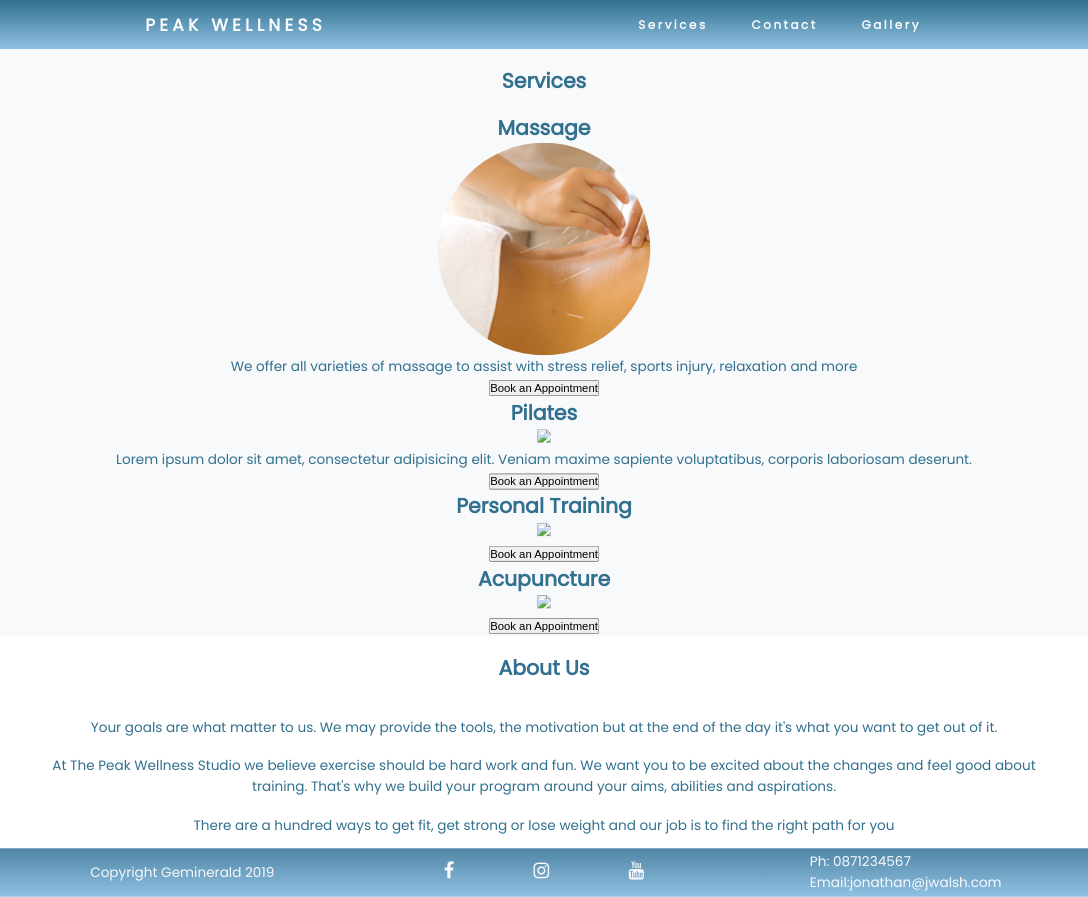
Repository: geminerald/peakwellness
Page: services.html
The author's editor kept a record of every edit. The page is drawn from the files as they stood at one moment, then again after the next edit.
The browser window is 1280 px wide. The pictures show the whole page, at 85% of full size.

Above is the page before.

### services.html
<!DOCTYPE html>
<html lang="en">

<head>
    <meta charset="UTF-8">
    <meta name="viewport" content="width=device-width, initial-scale=1.0, maximum-scale=1.0, user-scalable=0">
    <meta http-equiv="X-UA-Compatible" content="ie=edge">
    <link rel="stylesheet" href="assets/style.css" type="text/css" />
    <link href="https://fonts.googleapis.com/css?family=Poppins&display=swap" rel="stylesheet">
    <title>Peak Wellness</title>
    <link rel="icon" href="./images/peak-icon.png">
    <link rel="stylesheet" href="https://stackpath.bootstrapcdn.com/font-awesome/4.7.0/css/font-awesome.min.css" type="text/css" />

</head>

<body>
    <nav>
        <div class="logo">
            <h4><a href="index.html">Peak Wellness</h4></a>
        </div>
        <ul class="nav-links">
            <li>
                <a href="services.html">Services</a>
            </li>
            <li>
                <a href="contact.html">Contact</a>
            </li>
            <li>
                <a href="gallery.html">Gallery</a>
            </li>

        </ul>
        <div class="burger">
            <div class="line1"></div>
            <div class="line2"></div>
            <div class="line3"></div>
        </div>
    </nav>
    <section>
        <div class="service-container">
            <div class="services">
                <h1>Services</h1>
                <div class="service">
                    <figure class="front">
                        <h2>Massage</h2>
                        <div class="image-cropper"><img src="./images/acupuncture.jpg"></div>
                    </figure>
                    <figure class="back">
                        <p>We offer all varieties of massage to assist with stress relief, sports injury, relaxation and more</p>
                        <button href="contact.html">Book an Appointment</button>
                    </figure>
                </div>
                <div class="service">
                    <figure class="front">
                        <h2>Pilates</h2><img src="#"></figure>
                    <figure class="back">
                        <p>Lorem ipsum dolor sit amet, consectetur adipisicing elit. Veniam maxime sapiente voluptatibus, corporis laboriosam deserunt.</p> <button href="contact.html">Book an Appointment</button></figure>
                </div>
                <div class="service">
                    <figure class="front">
                        <h2>Personal Training</h2><img src="#"></figure>
                    <figure class="back">
                        <p></p> <button href="contact.html">Book an Appointment</button></figure>
                </div>
                <div class="service">
                    <figure class="front">
                        <h2>Acupuncture</h2><img src="#"></figure>
                    <figure class="back">
                        <p></p> <button href="contact.html">Book an Appointment</button></figure>
                </div>
            </div>
            <div class="about">
                <h1>About Us</h1>
                <p>
                    Your goals are what matter to us. We may provide the tools, the motivation but at the end of the day it's what you want to get out of it.
                </p>
                <p>
                    At The Peak Wellness Studio we believe exercise should be hard work and fun. We want you to be excited about the changes and feel good about training. That's why we build your program around your aims, abilities and aspirations.
                </p>
                <p>
                    There are a hundred ways to get fit, get strong or lose weight and our job is to find the right path for you
                </p>
            </div>

        </div>
    </section>
    <footer>
        <div class="f-item">
            <a class="show-mobile" target="_blank" href="https://github.com/geminerald"><i class="fa fa-copyright"></i> </a>
            <p class="hidden-mobile">Copyright <a target="_blank" href="https://github.com/geminerald"> Geminerald </a> 2019</p>
        </div>
        <div class="f-item">
            <ul class="social-links">
                <li><a target="_blank" href="https://www.facebook.com/PeakWellnessstudio/"><i class="fa fa-facebook"></i></a></li>
                <li><a target="_blank" href="https://www.instagram.com/thepeakwellnessstudio/"><i class="fa fa-instagram"></i></a></li>
                <li><a target="_blank" href="https://www.youtube.com/channel/UC_d9R5XdeesvneUyRDroG0w?"><i class="fa fa-youtube"></i></a></li>
            </ul>
        </div>
        <div class="f-item">
            <a class="show-mobile" href="contact.html"><i class="fa fa-phone"></i></a>
            <p class="hidden-mobile">Ph: 0871234567<br>Email:jonathan@jwalsh.com</p>
        </div>
    </footer>
    <script src="./assets/nav.js"></script>
</body>

</html>

### assets/style.css
* {
    margin: 0;
    padding: 0;
    box-sizing: border-box;
}

body {
    font-family: 'Poppins', sans-serif;
    color: #f7f9fb;
}

a {
    text-decoration: none;
    color: #f7f9fb;
}

/*----------------------------------------------------------------Colours

Grey/Green: #687864
Dark Blue: #31708e
Medium Blue: #5085a5
Light Blue: #8fc1e3
White: #f7f9fb

Colours from: https://visme.co/blog/website-color-schemes/

*/

/*----------------------------------------------------------------Nav*/

/*Nav Elements: Dev Ed:

https://www.youtube.com/watch?v=gXkqy0b4M5g

*/

nav {
    display: flex;
    justify-content: space-around;
    align-items: center;
    min-height: 8vh;
    background: linear-gradient(180deg, #31708E 0%, #8FC1E3 100%);

}

.logo {
    color: #fafafa;
    text-transform: uppercase;
    letter-spacing: 5px;
    font-size: 20px;

}

.nav-links {
    display: flex;
    width: 30%;
    justify-content: space-around;

}

.nav-links li {
    list-style: none;
}

.nav-links a {
    color: #fafafa;
    text-decoration: none;
    letter-spacing: 3px;
    font-weight: bold;
    font-size: 14px;

}

.burger {
    display: none;
    cursor: pointer;
}

.burger div {
    width: 25px;
    height: 3px;
    background-color: #fafafa;
    margin: 5px;
    transition: all 0.3s ease;

}

@media screen and (max-width:1068px) {
    .nav-links {
        width: 50%;
    }
}

@media screen and (max-width:768px) {
    body {
        overflow-x: hidden;
    }

    .nav-links {
        position: absolute;
        ;
        right: 0px;
        height: 92vh;
        top: 8vh;
        background: linear-gradient(270deg, #31708E 0%, #8FC1E3 100%);
        display: flex;
        flex-direction: column;
        align-items: center;
        width: 70%;
        transform: translateX(100%);
        transition: transform 0.5s ease-in;
        z-index:1;
    }
    .nav-links li {
        opacity: 0;
    }
    .burger {
        display: block;
    }
}

.nav-active {
    transform: translateX(0%);
}

@keyframes navLinkFade {
    from {
        opacity: 0;
        transform: translateX(50px);
    }
    to {
        opacity: 1;
        transform: translateX(0px);
    }
}

.toggle .line1 {
    transform: rotate(-45deg) translate(-5px, 6px);
}

.toggle .line2 {
    opacity: 0;
}

.toggle .line3 {
    transform: rotate(45deg) translate(-5px, -6px);
}

/*----------------------------------------------------------------Nav*/

/*----------------------------------------------------------------Home*/

.home-container {
    background-image: url("../images/home-bg.jpg");
    background-repeat: no-repeat;
    background-position: center;
    background-size: cover;
    z-index:0;
    margin: auto;
    height: 90vh;
    width: 100%;
    display: flex;
    justify-content: space-around;
    align-items: center;
    flex-flow: column;
}

.appear1 {
    animation: appear 1s ease-in;
}

.appear2 {
    opacity: 0;
    animation: appear 4s ease-in;
    animation-delay: 2s;
    animation-fill-mode: forwards;
}

/*----------------------------------------------------------------Home*/

/*----------------------------------------------------------------Services*/

.about {
    display: flex;
    flex-flow: column wrap;
    align-items: center;
    color: #31708e;
}

.about h1,
.services h1 {
    margin: 20px;
}

.about p {
    margin: 20px 30px 0px 30px;
    text-align: center;
}

.services {
    display: flex;
    flex-flow: column wrap;
    align-items: center;
    color: #31708e;
    background-color:#f7f9fb;
}
.service-container{
    margin-bottom:15px;
}

.service{
    display:flex;
    align-items:center;
    justify-content:center;
    flex-flow:column wrap;
}

figure{
    text-align: center;
}

.image-cropper {
    width: 250px;
    height: 250px;
    position: relative;
    overflow: hidden;
    border-radius: 50%;
}

.image-cropper img {
    display: inline;
    margin: 0 auto;
    height: 100%;
    width: auto;
}

/*----------------------------------------------------------------Services*/

/*----------------------------------------------------------------Footer*/

footer {
    height: 8vh;
    width: 100%;
    background: linear-gradient(180deg, #5085A5 0%, #8FC1E3 100%);
    display: flex;
    flex-direction: row;
    justify-content: space-evenly;
}

.f-item {
    display: flex;
    align-items: center;
    justify-content: space-evenly;
    flex-direction: row;
    width: 33%;
}

.social-links {
    display: flex;
    justify-content: space-evenly;
    list-style: none;
    width: 100%;
}

.social-links li a i,
.f-item a i {
    font-size: 3vh;
}


.hidden-mobile {
    display: block;
}

.show-mobile {
    display: none;
}

@media screen and (max-width:768px) {
    .hidden-mobile {
        display: none;
    }
    .show-mobile {
        display: block;
    }
}

/*----------------------------------------------------------------Footer*/

/*----------------------------------------------------------------KeyFrames*/

@keyframes appear {
    from {
        opacity: 0
    }
    to {
        opacity: 1
    }

}

/*----------------------------------------------------------------KeyFrames*/

### assets/nav.js
const navSlide = () => {
    const burger = document.querySelector('.burger');
    const nav = document.querySelector('.nav-links');
    const navLinks = document.querySelectorAll('.nav-links li');

    burger.addEventListener('click', () => {
        nav.classList.toggle('nav-active');
        navLinks.forEach((link, index) => {
            if (link.style.animation) {
                link.style.animation = '';
            } else {
                link.style.animation = `navLinkFade 0.5s ease forwards ${index/7 + 1}s`;
            }
        });
        burger.classList.toggle('toggle');
    });
}

navSlide();

After the next edit:
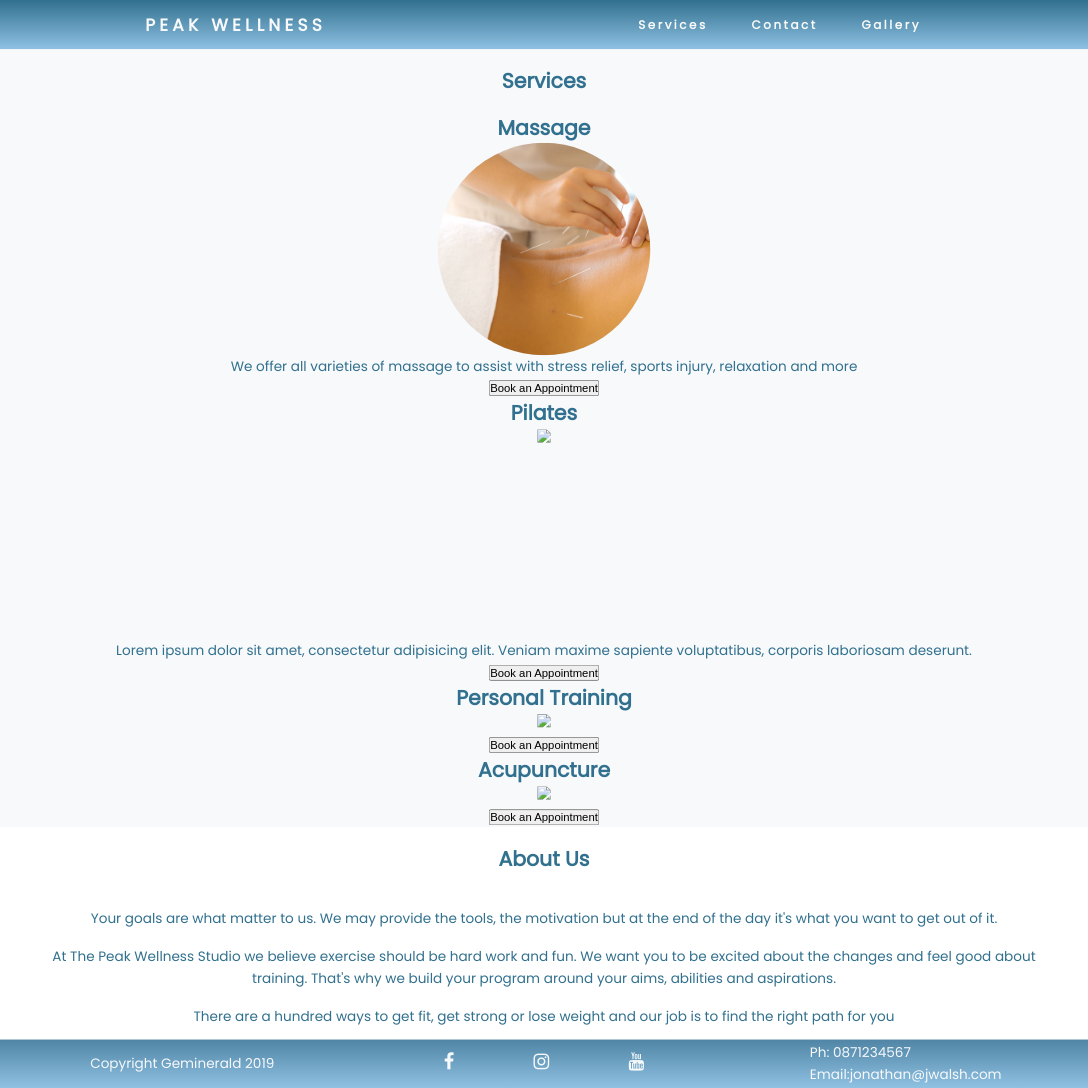
The edit:
--- a/services.html
+++ b/services.html
@@ -52,7 +52,9 @@
                 </div>
                 <div class="service">
                     <figure class="front">
-                        <h2>Pilates</h2><img src="#"></figure>
+                        <h2>Pilates</h2>
+                        <div class="image-cropper"><img src="#"></div>
+                    </figure>
                     <figure class="back">
                         <p>Lorem ipsum dolor sit amet, consectetur adipisicing elit. Veniam maxime sapiente voluptatibus, corporis laboriosam deserunt.</p> <button href="contact.html">Book an Appointment</button></figure>
                 </div>
